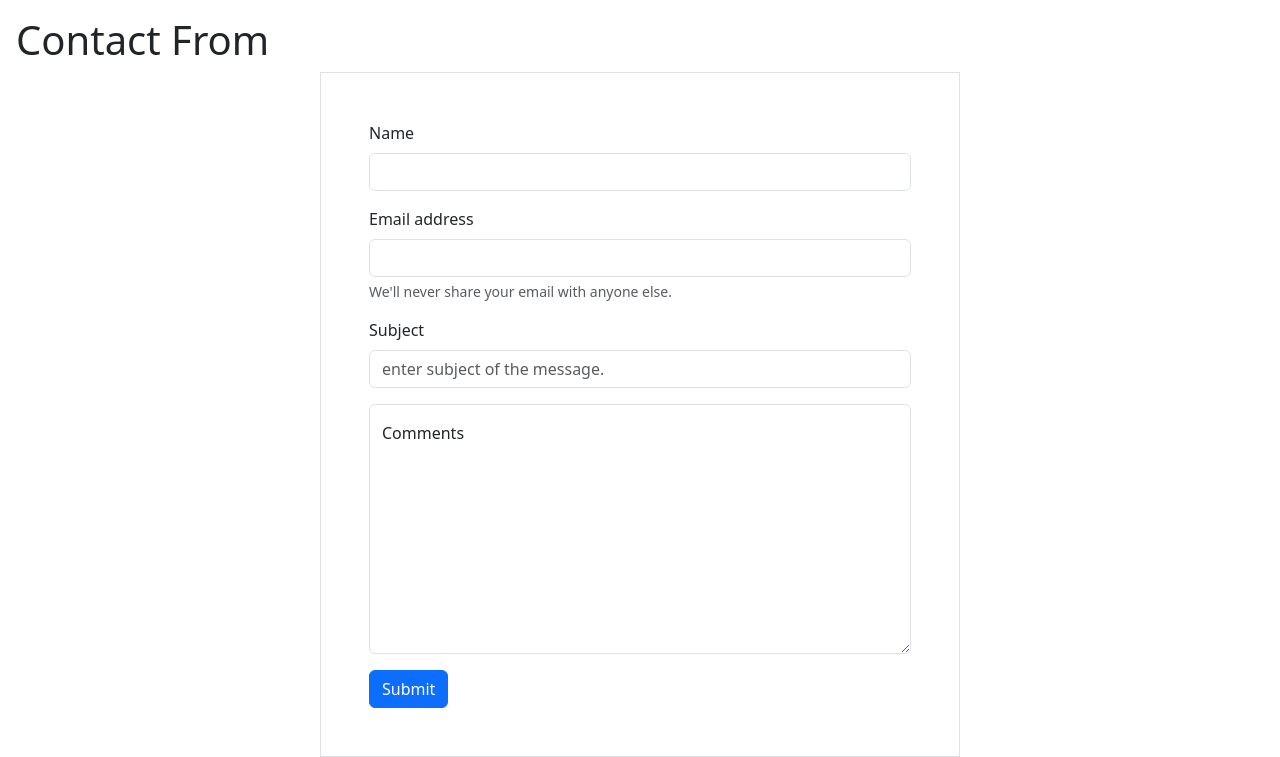
Repository: syni18/bootstrap_form
Page: index.html
The author's editor kept a copy of each file at every save. The page is drawn from the files as they stood at one save, then again after the next save.
The browser window is 1280 px wide. The pictures show the whole page.

Above is the page before, as saved 2023-10-26 15:39:17.

After the next save:
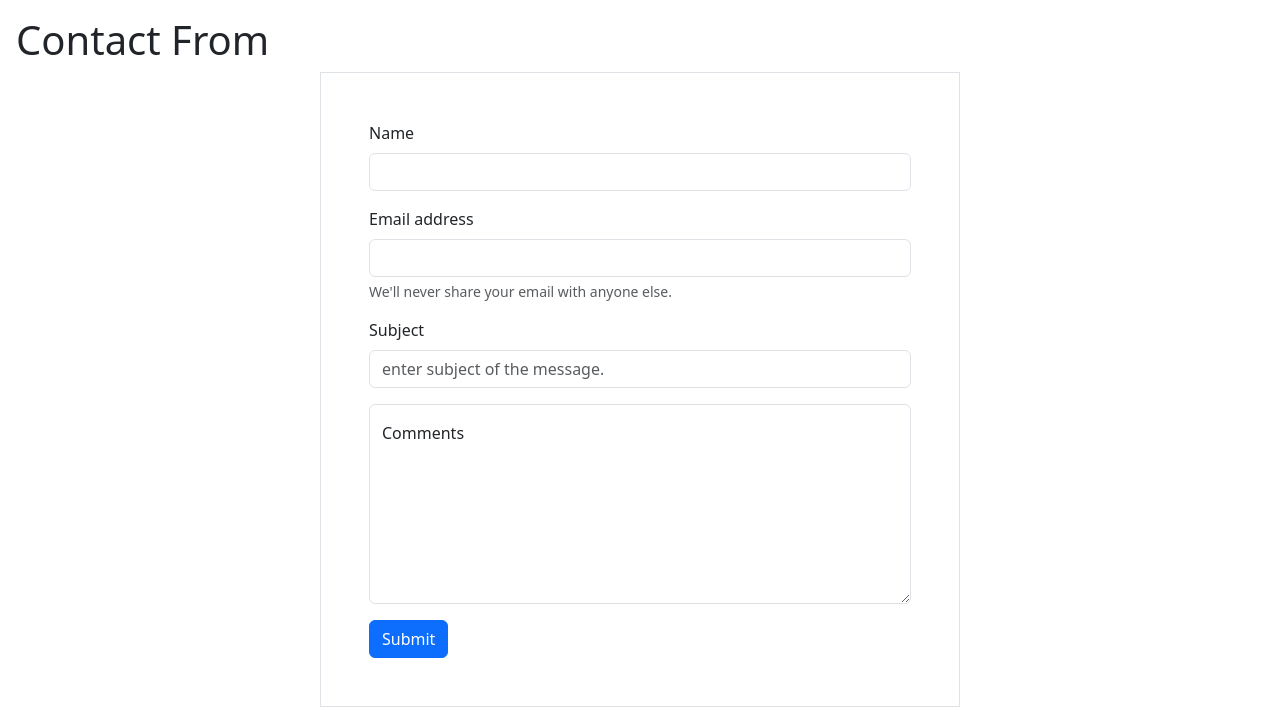
Saved 15 s later.
--- a/index.html
+++ b/index.html
@@ -23,7 +23,7 @@
     <input type="text" class="form-control" id="exampleInputsubject1" aria-describedby="subjectHelp" placeholder="enter subject of the message.">
   </div>
   <div class="form-floating">
-  <textarea class="form-control" placeholder="Leave a comment here" id="floatingTextarea2" style="height: 250px"></textarea>
+  <textarea class="form-control" placeholder="Leave a comment here" id="floatingTextarea2" style="height: 200px"></textarea>
   <label for="floatingTextarea2">Comments</label>
 </div>
 
